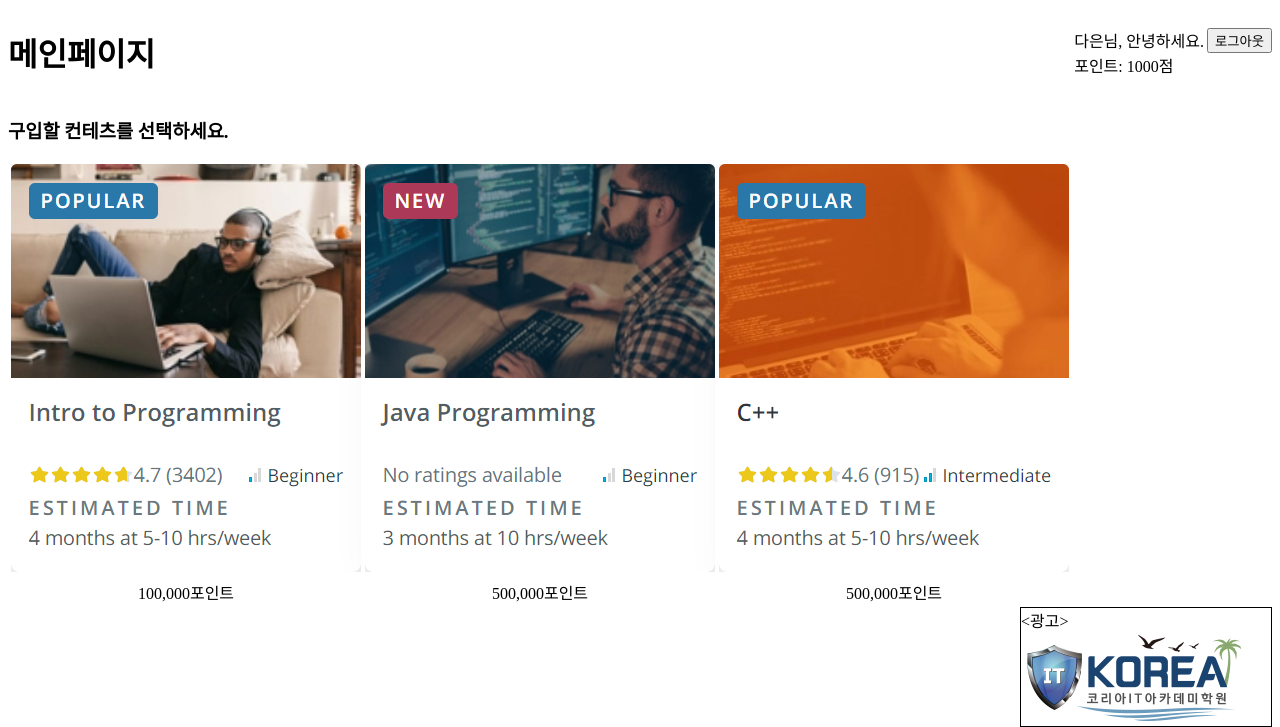
Repository: euniiee/test11
Page: http://localhost/Project/main.jsp
An editor plug-in stored every save of this project. The page is shown before and after the next save, followed by the edit.
The browser window is 1280 px wide. The pictures show the whole page.
The page is served by Tomcat 9. Other server files are loaded and not shown.

Above is the page before, as saved 2023-02-01 03:21:32.

### Project/WebContent/main.jsp
<%@ page language="java" contentType="text/html; charset=UTF-8"
    pageEncoding="UTF-8"%>
<!DOCTYPE html>
<html>
<head>
<meta charset="UTF-8">
<title>Insert title here</title>
</head>
<body>
<div>
	<header style="display:flex; justify-content: space-between;">
		<h1>메인페이지</h1>
		<div style="margin: auto 0; diplay: none;">

		</div>
		<div style="margin: auto 0; diplay: none;" >
			<div style="display:flex;">
				<div style="margin-right:3px">다은님, 안녕하세요. </div>
				<input type="submit" value="로그아웃">
			</div>
			<div>포인트: 1000점 </div>
		</div>
	</header>
	<h3>구입할 컨테츠를 선택하세요.</h3>
	<table>
		<tr>
			<td><img src="Intro_350_408.png"></td>
			<td><img src="Java_350_408.png"></td>
			<td><img src="Cpp_350_408.png"></td>
		</tr>
		<tr style="text-align: center;">
			<td>100,000포인트</td>
			<td>500,000포인트</td>
			<td>500,000포인트</td>
		</tr>
	</table>
	<footer>
		<div style="border: 1px solid black; width: 250px; float: right;">
			<span><광고></span>
			<img src="korea_it.png">
		</div>
	</footer>
</div>
</body>
</html>

After the next save:
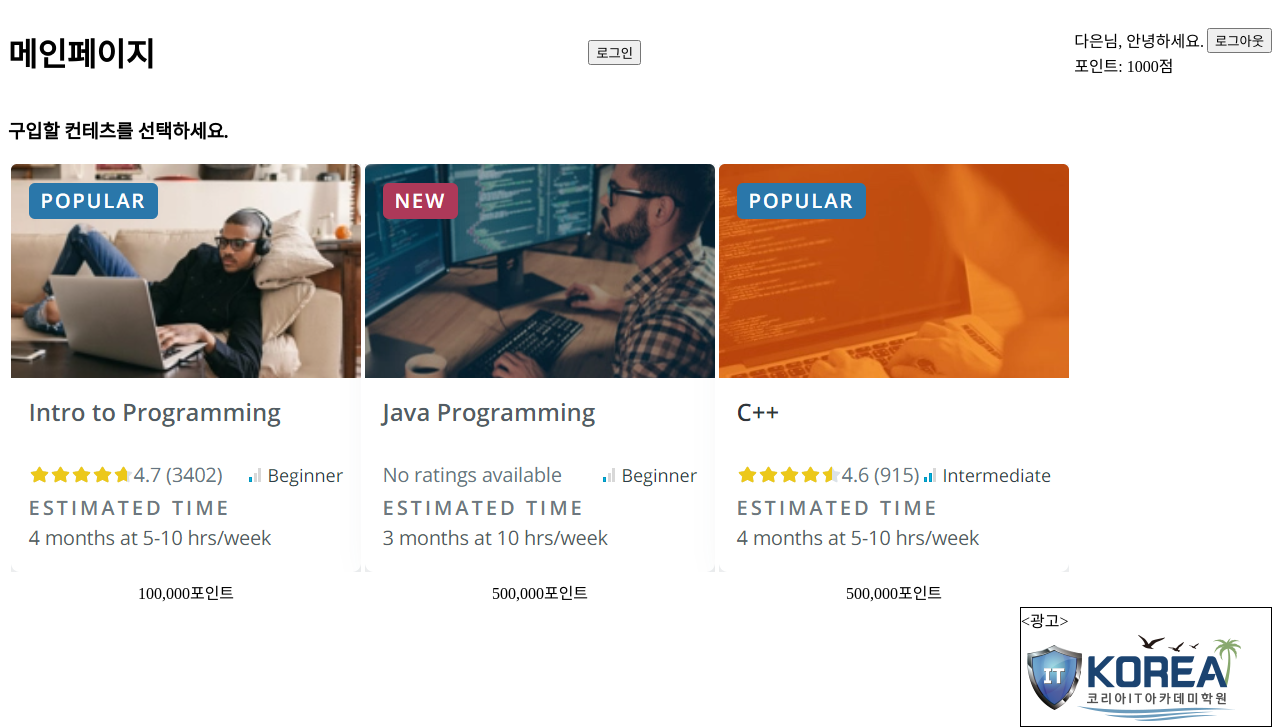
Saved 64 s later.
--- a/Project/WebContent/main.jsp
+++ b/Project/WebContent/main.jsp
@@ -11,7 +11,7 @@
 	<header style="display:flex; justify-content: space-between;">
 		<h1>메인페이지</h1>
 		<div style="margin: auto 0; diplay: none;">
-
+			<input class="login" type="button" onClick="location.href='login.jsp'" value="로그인"><br>
 		</div>
 		<div style="margin: auto 0; diplay: none;" >
 			<div style="display:flex;">
